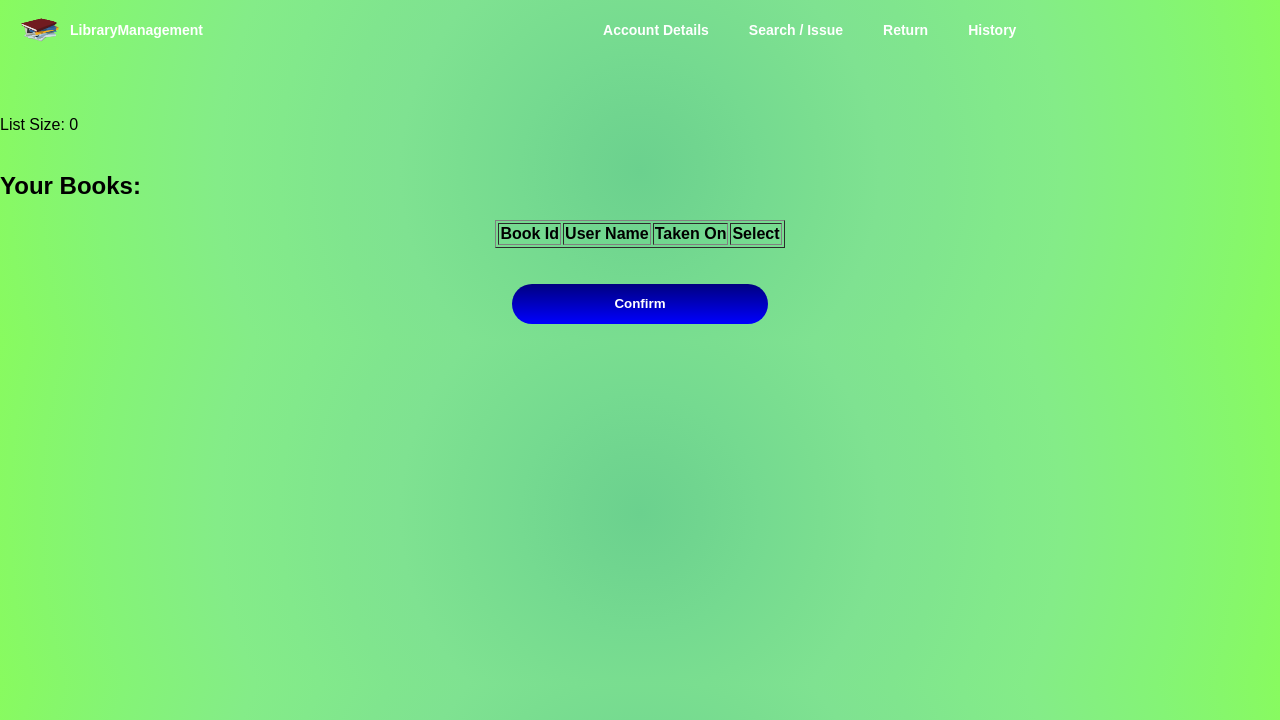
Repository: amitSai12/CMS
Page: http://localhost/LibraryManagementDemo/TranBook.jsp
An editor plug-in stored every save of this project. The page is shown before and after the next save, followed by the edit.
The browser window is 1280 px wide. The pictures show the whole page.
The page is served by Tomcat 9. Other server files are loaded and not shown. Queries for data that is not in the repository find no rows.

Above is the page before, as saved 2023-10-01 19:09:49.

### Day1_Thu/LibraryManagementDemo/src/main/webapp/TranBook.jsp
<%@page import="com.java.library.Books"%>
<%@page import="java.util.List"%>
<%@page import="com.java.library.LibraryDAOImpl"%>
<%@page import="com.java.library.LibraryDAO"%>
<%@ page language="java" contentType="text/html; charset=ISO-8859-1"
	pageEncoding="ISO-8859-1"%>
<%@taglib uri="http://java.sun.com/jsp/jstl/core" prefix="c"%>
<%@taglib uri="http://java.sun.com/jsp/jstl/sql" prefix="sql"%>
<!DOCTYPE html>
<html>
<head>
<meta charset="ISO-8859-1">
<title>Insert title here</title>
<link rel="stylesheet" href="menu.css">
</head>
<body>
	<jsp:include page="Menu.jsp" />

	<%
	LibraryDAO dao = new LibraryDAOImpl();
	List<Books> returnbooksList = dao.returnBook();
	%>
	<br>
	<br> List Size:
	<%=returnbooksList.size()%>


	<br>
	<br>
	<form method="get" action="returnBook.jsp">
		<h2>Your Books:</h2>
		<center>
			<table border="1">
				<tr>
					<th>Book Id</th>
					<th>User Name</th>
					<th>Taken On</th>
					<th>Select</th>
				</tr>
				</center>
				<%
				for (Books book : returnbooksList) {
				%>
				<tr>
					<td><%=book.getId()%></td>
					<td><%=book.getName()%></td>
					<td><%=book.getFromDate()%></td>
					<%-- <td><input type="checkbox"id="check2" name="check2"
				 value="<%=book.getId()%>">
				</td> --%>
					<td><input type="checkbox" id="check<%=book.getId()%>"
						name="box" value="<%=book.getId()%>"></td>
					<%
					}
					%>

			</table>
			<br>
			<br> <input type="submit" value="Confirm" id="return" /><br>
			<br>
	</form>
	</center>
</body>
</html>

### Day1_Thu/LibraryManagementDemo/src/main/webapp/Menu.jsp
<!DOCTYPE html PUBLIC "-//W3C//DTD HTML 4.01 Transitional//EN" "http://www.w3.org/TR/html4/loose.dtd">
<html>
<head>
<meta http-equiv="Content-Type" content="text/html; charset=ISO-8859-1">
<title>User Account Page</title>
<link rel="stylesheet" href="menu.css">
</head>
<body>
	<div class="logo">
		<img
			src="kisspng-book-clip-art-vector-books-5aa7e41834c997.8769820715209523442162.png"
			alt="Your Logo"> <span class="logo-text">LibraryManagement</span>

	<div class="menu">
		<div class="atwo">
			<a href="AccountDetails.jsp">Account Details</a>
		</div>
		<div class="atwo">
			<a href="Search.jsp">Search / Issue</a>
		</div>
		<div class="atwo">
			<a href="TranBook.jsp">Return</a>
		</div>
		<div class="atwo">
			<a href="History.jsp">History</a>
		</div>
	</div>
	</div>



</body>
</html>

### Day1_Thu/LibraryManagementDemo/src/main/java/com/java/library/LibraryDAO.java
package com.java.library;

import java.sql.SQLException;
import java.util.List;

public interface LibraryDAO {

	String createUser(LibUsers libUsers) throws ClassNotFoundException, SQLException;

	int authenticate(LibUsers libUsers) throws ClassNotFoundException, SQLException;

	List<Books> searchBooks(String searchType, String searchValue) throws ClassNotFoundException, SQLException;

	String updateBooks(int bookId,String user) throws ClassNotFoundException, SQLException;

	Books getBookById(int Id) throws ClassNotFoundException, SQLException;

	Books getBookByUser(String User) throws ClassNotFoundException, SQLException;

	List<Books> returnBook() throws ClassNotFoundException, SQLException;

	String returnBooks(int bookId, String userName) throws ClassNotFoundException, SQLException;
}

### Day1_Thu/LibraryManagementDemo/src/main/java/com/java/library/LibraryDAOImpl.java
package com.java.library;

import java.sql.Connection;
import java.sql.PreparedStatement;
import java.sql.ResultSet;
import java.sql.SQLException;
import java.util.ArrayList;
import java.util.List;

import com.mysql.cj.xdevapi.Result;

public class LibraryDAOImpl implements LibraryDAO {

	Connection connection;
	PreparedStatement pst;

// to create user and password -----------------------------------------------
	@Override
	public String createUser(LibUsers libUsers) throws ClassNotFoundException, SQLException {
		connection = ConnectionHelper.getConnection();
		String enPwd = EncryptPassword.getCode(libUsers.getPassword());
		String cmd = "Insert into LibUsers(Username,Password) values(?,?)";
		pst = connection.prepareStatement(cmd);
		pst.setString(1, libUsers.getUserName());
		pst.setString(2, enPwd);
		pst.executeUpdate();
		return "Your Account Created ...";
	}

// login for existing users --------------------------------------------------------
	@Override
	public int authenticate(LibUsers libUsers) throws ClassNotFoundException, SQLException {
		connection = ConnectionHelper.getConnection();
		String encr = EncryptPassword.getCode(libUsers.getPassword());
		String cmd = "select count(*) cnt from LibUsers where userName=? AND Password=?";
		pst = connection.prepareStatement(cmd);
		pst.setString(1, libUsers.getUserName());
		pst.setString(2, encr.trim());
		ResultSet rs = pst.executeQuery();
		rs.next();
		int count = rs.getInt("cnt");
		return count;

	}

// to search the list of books by their id, name and all -------------------------------------
	@Override
	public List<Books> searchBooks(String searchType, String searchValue) throws ClassNotFoundException, SQLException {
		String sql;
		boolean isValid = true;
		if (searchType.equals("id")) {
			sql = "SELECT * from Books where Id=?";
		} else if (searchType.equals("bookname")) {
			sql = "SELECT * from Books where name=?";
		} else if (searchType.equals("authorname")) {
			sql = "SELECT * from Books where author=?";
		} else if (searchType.equals("dept")) {
			sql = "SELECT * from Books where dept=?";
		} else {
			isValid = false;
			sql = "SELECT * from Books";
		}
		connection = ConnectionHelper.getConnection();
		pst = connection.prepareStatement(sql);
		if (isValid == true) {
			pst.setString(1, searchValue);
		}
		ResultSet rs = pst.executeQuery();
		Books books = null;
		List<Books> booksList = new ArrayList<Books>();
		while (rs.next()) {
			books = new Books();
			books.setId(rs.getInt("id"));
			books.setName(rs.getString("name"));
			books.setAuthor(rs.getString("author"));
			books.setEdition(rs.getString("edition"));
			books.setDept(rs.getString("dept"));
			books.setNoOfBooks(rs.getInt("TotalBooks"));
			booksList.add(books);

		}
		return booksList;
	}

// to issue the book and update them in the table by subtracting one book from db -------------------
	@Override
	public String updateBooks(int bookId, String user) throws ClassNotFoundException, SQLException {
		connection = ConnectionHelper.getConnection();
		Books book = getBookById(bookId);

		if (hasUserIssuedBook(bookId, user)) {
			return "You have already issued this book.";
		} else {

			String cmd = "UPDATE Books SET TotalBooks = TotalBooks - 1 WHERE Id = ?";
			pst = connection.prepareStatement(cmd);
			pst.setInt(1, bookId);
			pst.executeUpdate();
			cmd = "Insert into TranBook(bookId,userName) values(?,?)";
			pst = connection.prepareStatement(cmd);
			pst.setInt(1, bookId);
			pst.setString(2, user);
			pst.executeUpdate();
			return "Book Issued Successfully";
		}
	}

// to get the bookId ------------------------------------------------------------------------

	@Override
	public Books getBookById(int Id) throws ClassNotFoundException, SQLException {
		Connection connection = ConnectionHelper.getConnection();
		PreparedStatement preparedStatement = null;
		ResultSet resultSet = null;
		Books book = null;

		try {
			String query = "SELECT * FROM Books WHERE Id = ?";
			preparedStatement = connection.prepareStatement(query);
			preparedStatement.setInt(1, Id);
			resultSet = preparedStatement.executeQuery();

			if (resultSet.next()) {
				// Retrieve book details from the result set
				int id = resultSet.getInt("Id");
				String name = resultSet.getString("Name");
				String author = resultSet.getString("Author");
				String edition = resultSet.getString("Edition");
				String dept = resultSet.getString("Dept");
				int noOfBooks = resultSet.getInt("TotalBooks");
				// Retrieve other book details...

				// Create a Books object with retrieved details
				book = new Books(id, name, author, edition, dept, noOfBooks);
			}
		} catch (SQLException e) {
			e.printStackTrace();
			// Handle any exceptions or log errors
		} finally {
			// Close database resources (connection, statement, and result set)
			// Handle resource closing exceptions if necessary
		}

		return book;
	}

// to get the user -----------------------------------------------------------------------------
	@Override
	public Books getBookByUser(String User) throws ClassNotFoundException, SQLException {
		Connection connection = ConnectionHelper.getConnection();
		PreparedStatement preparedStatement;
		ResultSet resultSet;
		Books book1 = null;

		try {
			String query = "SELECT * FROM Books WHERE UserName = ?";
			preparedStatement = connection.prepareStatement(query);
			preparedStatement.setString(1, User);
			resultSet = preparedStatement.executeQuery();

			if (resultSet.next()) {
				// Retrieve book details from the result set
				int id = resultSet.getInt("Id");
				String name = resultSet.getString("Name");
				String author = resultSet.getString("Author");
				String edition = resultSet.getString("Edition");
				String dept = resultSet.getString("Dept");
				int noOfBooks = resultSet.getInt("TotalBooks");
				// Retrieve other book details...

				// Create a Books object with retrieved details
				book1 = new Books(id, name, author, edition, dept, noOfBooks);
			}
		} catch (SQLException e) {
			e.printStackTrace();
			// Handle any exceptions or log errors
		} finally {
			// Close database resources (connection, statement, and result set)
			// Handle resource closing exceptions if necessary
		}

		return book1;
	}

	private boolean hasUserIssuedBook(int bookId, String user) throws SQLException {
		// Check if the user has already issued the same book
		String query = "SELECT COUNT(*) FROM TranBook WHERE bookId = ? AND userName = ?";
		PreparedStatement preparedStatement = null;
		ResultSet resultSet = null;

		try {
			preparedStatement = connection.prepareStatement(query);
			preparedStatement.setInt(1, bookId);
			preparedStatement.setString(2, user);
			resultSet = preparedStatement.executeQuery();

			if (resultSet.next()) {
				int count = resultSet.getInt(1);
				return count > 0;
			}
		} finally {
			// Close resources
			if (resultSet != null) {
				resultSet.close();
			}
			if (preparedStatement != null) {
				preparedStatement.close();
			}
		}

		return false;
	}

	@Override
	public String returnBooks(int bookId, String userName) throws ClassNotFoundException, SQLException {
		/*
		 * connection = ConnectionHelper.getConnection();
		 *
		 *
		 * Books book = getBookById(bookId); Books book1 = getBookByUser(user);
		 *
		 *
		 * String cmd = "DELETE FROM TranBook WHERE bookId = ? AND userName = ?"; pst =
		 * connection.prepareStatement(cmd); pst.setInt(1, bookId);
		 *
		 * pst.setString(2, user); pst.executeUpdate();
		 *
		 * cmd = "Insert into transreturn(bookId,userName) values(?,?)"; pst =
		 * connection.prepareStatement(cmd); pst.setInt(1, bookId); pst.setString(2,
		 * user); pst.executeUpdate();
		 *
		 * cmd = "UPDATE Books SET TotalBooks = TotalBooks + 1 WHERE Id = ?"; pst =
		 * connection.prepareStatement(cmd); pst.setInt(1, bookId); pst.executeUpdate();
		 */
		connection = ConnectionHelper.getConnection();
		String cmd = "Delete from tranbook where bookId = ?";
		pst = connection.prepareStatement(cmd);
		pst.setInt(1, bookId);
		pst.executeUpdate();

		cmd =  "update books set TotalBooks=TotalBooks+1 where id =?";
		pst = connection.prepareStatement(cmd);
		pst.setInt(1, bookId);
		pst.executeUpdate();

		cmd = "Insert into transreturn (userName,bookId) values(?,?)";
		pst = connection.prepareStatement(cmd);
		pst.setString(1, userName);
		pst.setInt(2, bookId);

		pst.executeUpdate();
		return "Book Returned Sucessfully";
	}

	@Override
	public List<Books> returnBook() throws ClassNotFoundException, SQLException {
		connection = ConnectionHelper.getConnection();
		String sql = "SELECT * from tranbook";
		pst = connection.prepareStatement(sql);
		ResultSet rs = pst.executeQuery();
		Books books = null;
		List<Books> returnbooksList = new ArrayList<Books>();
		while (rs.next()) {
			books = new Books();
			books.setId(rs.getInt("bookid"));
			books.setName(rs.getString("Username"));
			books.setFromDate(rs.getDate("fromDate"));
			returnbooksList.add(books);

		}
		return returnbooksList;
	}

}

### Day1_Thu/LibraryManagementDemo/src/main/java/com/java/library/ConnectionHelper.java
package com.java.library;

import java.sql.Connection;
import java.sql.DriverManager;
import java.sql.SQLException;
import java.util.ResourceBundle;

public class ConnectionHelper {

	public static Connection getConnection() throws ClassNotFoundException, SQLException {
		ResourceBundle rb = ResourceBundle.getBundle("db");
		String driver = rb.getString("driver");
		String url = rb.getString("url");
		String user = rb.getString("user");
		String pwd = rb.getString("password");

		Connection connection = null;
		Class.forName(driver);
		connection = DriverManager.getConnection(url, user, pwd);
		return connection;
	}
}

### Day1_Thu/LibraryManagementDemo/src/main/webapp/menu.css
body {
    font-family: Arial, sans-serif;
    background-image: radial-gradient(circle, #6bd18e, #70d58f, #75da90, #7ade90, #7fe291, #80e58e, #82e98b, #84ec88, #84f07f, #84f476, #86f76b, #88fb5f);
    margin: 0;
    padding: 0;
}

.logo {
    display: flex;
    align-items: center;
    padding: 10px 20px;
    color: white;
    margin-bottom: 20px; /* Adjust margin to create space below the logo */
}

/* Style the logo image */
.logo img {
    width: 40px; /* Adjust the width as needed */
    height: 40px; /* Adjust the height as needed */
    margin-right: 10px; /* Add some spacing between the image and text */
}

/* Style the logo text */
.logo-text {
    font-size: 14px; /* Adjust the font size as needed */
    font-weight: bold; /* Make the text bold */
}

.menu {
    display: flex;
    justify-content: flex-end; /* Move menu to the right top corner */
    padding: 10px 20px; /* Adjust padding as needed */
    border-radius: 31px;
    margin-left: 360px;
}

.menu a {
    text-decoration: none; /* Remove the default underline */
    color: white;
    font-weight: bold;
    padding: 10px 20px;
    border-radius: 5px;
    position: relative; /* Add relative positioning */
    transition: color 0.3s;/* Add transitions for color and background-color */
    font-size: 14px;
}

.menu a-text {
    font-size: 6px; /* Adjust the font size as needed */
    font-weight: bold;
}

.menu a::before {
    content: ""; /* Create an empty pseudo-element */
    position: absolute; /* Set absolute positioning */
    bottom: 0; /* Position it at the bottom */
    left: 10%; /* Align it with the left edge of the link */
    width: 0%; /* Initially, the width is 0% */
    height: 2px; /* Set the height of the underline */
    background-color: white; /* Color of the underline */
    transition: width 0.3s ease; /* Add a transition for width */
}

.menu a:hover {
    color: white; /* Change text color on hover */

}

.menu a:hover::before {
    width: 80%; /* Expand the width of the underline on hover */
}



/* Rest of your CSS styles */
/* ... */

/* Style the Issue and Return buttons */
input#issue,
input#return {
    background: linear-gradient(to bottom, rgb(0, 0, 128), rgb(0, 0, 255));
    width: 20%;
    border-radius: 29px;
    color: white;
    height: 40px;
    border: 2px;
    cursor: pointer;
    transition: background-color 0.3s ease;
    font-weight: bold;
}

input#issue:hover,
input#return:hover {
    background: linear-gradient(to bottom, rgb(0, 128, 255), rgb(0, 255, 255));
}

After the next save:
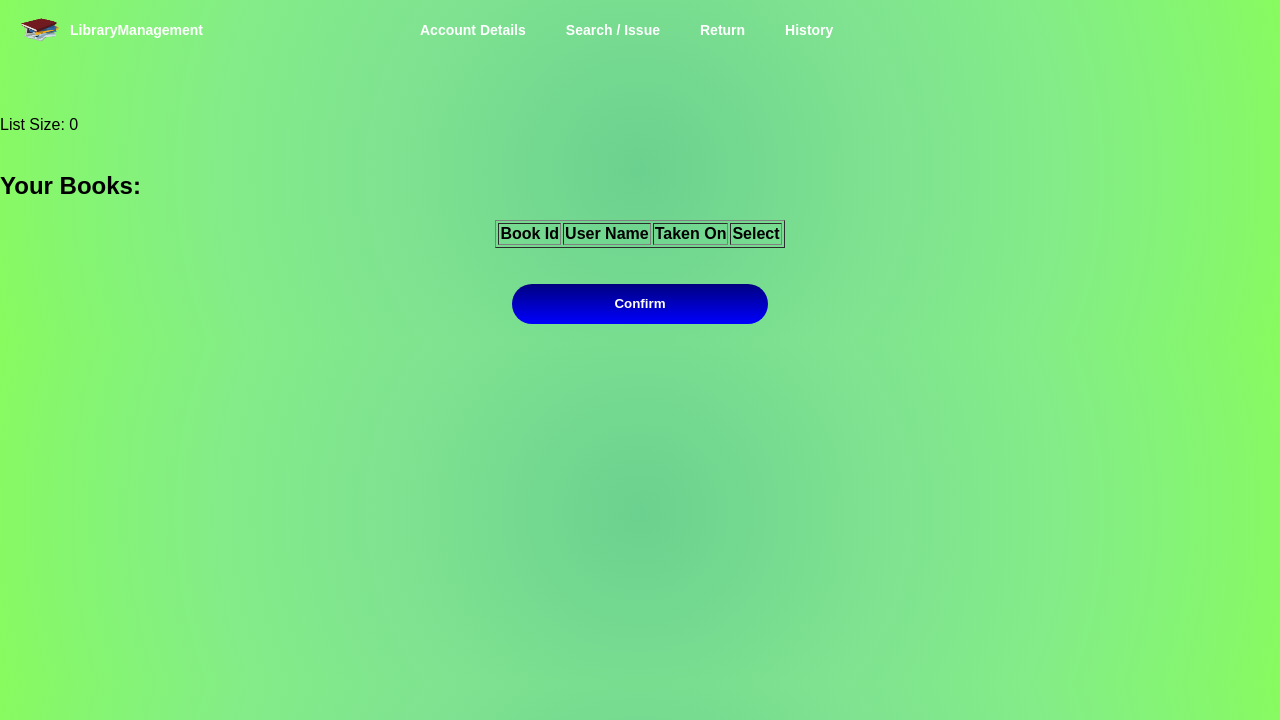
Saved 2 min 38 s later.
--- a/Day1_Thu/LibraryManagementDemo/src/main/webapp/menu.css
+++ b/Day1_Thu/LibraryManagementDemo/src/main/webapp/menu.css
@@ -27,6 +27,7 @@ body {
 }
 
 .menu {
+	 position: fixed;
     display: flex;
     justify-content: flex-end; /* Move menu to the right top corner */
     padding: 10px 20px; /* Adjust padding as needed */
